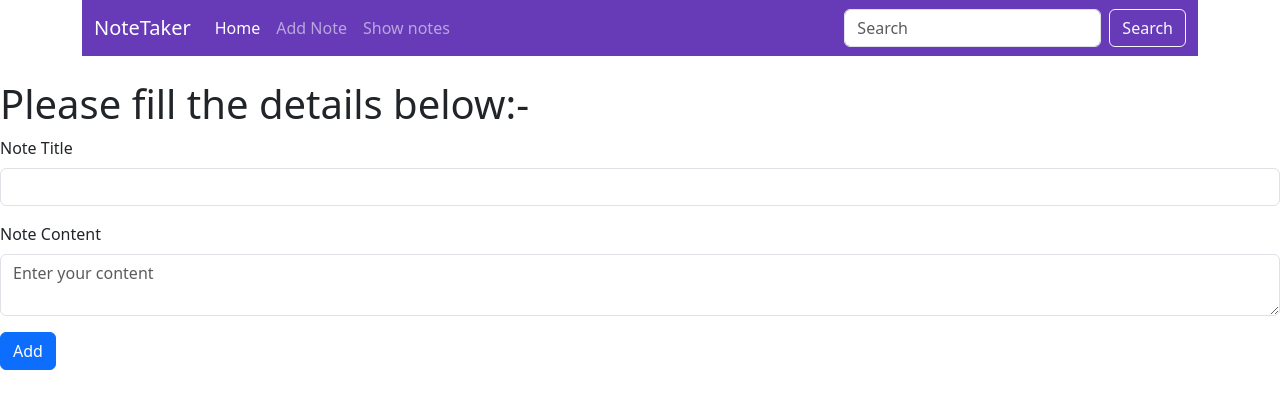
Repository: smritihbtu/Note-Maker
Page: http://localhost/NoteTaker/add_notes.jsp
The author's editor kept a copy of each file at every save. The page is drawn from the files as they stood at one save, then again after the next save.
The browser window is 1280 px wide. The pictures show the whole page.
The page is served by Tomcat 9. Other server files are loaded and not shown.

Above is the page before, as saved 2023-08-20 06:56:14.

### NoteTaker/src/main/webapp/add_notes.jsp
<%@ page language="java" contentType="text/html; charset=ISO-8859-1"
    pageEncoding="ISO-8859-1"%>
<!DOCTYPE html>
<html>
<head>
<meta charset="ISO-8859-1">
<meta charset="utf-8">
    <meta name="viewport" content="width=device-width, initial-scale=1">
    <title>Bootstrap demo</title>
    <link rel="stylesheet" href="css/style.css" />
  <link href="https://cdn.jsdelivr.net/npm/bootstrap@5.3.1/dist/css/bootstrap.min.css" rel="stylesheet" integrity="sha384-4bw+/aepP/YC94hEpVNVgiZdgIC5+VKNBQNGCHeKRQN+PtmoHDEXuppvnDJzQIu9" crossorigin="anonymous">

<title>Insert title here</title>
</head>
<body>
<div class="container">
<%@include file="navbar.jsp" %>
</div>
<br>
<h1>Please fill the details below:-</h1>

<!-- form added  -->

<form action="SaveNoteServlet" method="post" >
  <div class="mb-3">
    <label for="title" class="form-label">Note Title</label>
    <input type="text" class="form-control" id="title" aria-describedby="emailHelp">
  </div>

  <div class="mb-3">
    <label for="exampleInputPassword1" class="form-label">Note Content</label>
    <textarea id="content" placeholder= "Enter your content"
    class="form-control"></textarea>
  </div>

  <button type="submit" class="btn btn-primary">Add</button>
</form>

</body>
</html>

### NoteTaker/src/main/webapp/navbar.jsp
<nav class="navbar navbar-expand-lg navbar-dark purple">
  <div class="container-fluid">
    <a class="navbar-brand" href="#">NoteTaker</a>
    <button class="navbar-toggler" type="button" data-bs-toggle="collapse" data-bs-target="#navbarSupportedContent" aria-controls="navbarSupportedContent" aria-expanded="false" aria-label="Toggle navigation">
      <span class="navbar-toggler-icon"></span>
    </button>
    <div class="collapse navbar-collapse" id="navbarSupportedContent">
      <ul class="navbar-nav me-auto mb-2 mb-lg-0">
        <li class="nav-item">
          <a class="nav-link active" aria-current="page" href="index.jsp">Home</a>
        </li>
        <li class="nav-item">
          <a class="nav-link" href="add_notes.jsp">Add Note</a>
        </li>

        <li class="nav-item">
          <a class="nav-link " href="all_notes.jsp">Show notes</a>
        </li>
      </ul>
      <form class="d-flex" role="search">
        <input class="form-control me-2" type="search" placeholder="Search" aria-label="Search">
        <button class="btn btn-outline-light" type="submit">Search</button>
      </form>
    </div>
  </div>
</nav>
</html>

### NoteTaker/src/main/webapp/css/style.css
.purple{
	background :#673ab7;
}
/* .container{
	background-color: red;
} */

After the next save:
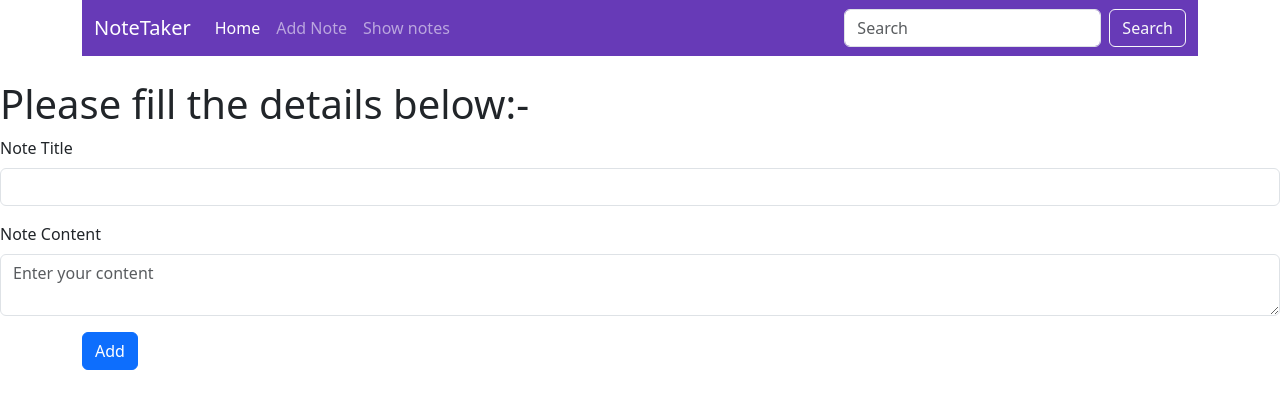
Saved 72 s later.
--- a/NoteTaker/src/main/webapp/add_notes.jsp
+++ b/NoteTaker/src/main/webapp/add_notes.jsp
@@ -32,8 +32,9 @@
     <textarea id="content" placeholder= "Enter your content"
     class="form-control"></textarea>
   </div>
-
+  <div class=container>
   <button type="submit" class="btn btn-primary">Add</button>
+  </div>
 </form>
 
 </body>
